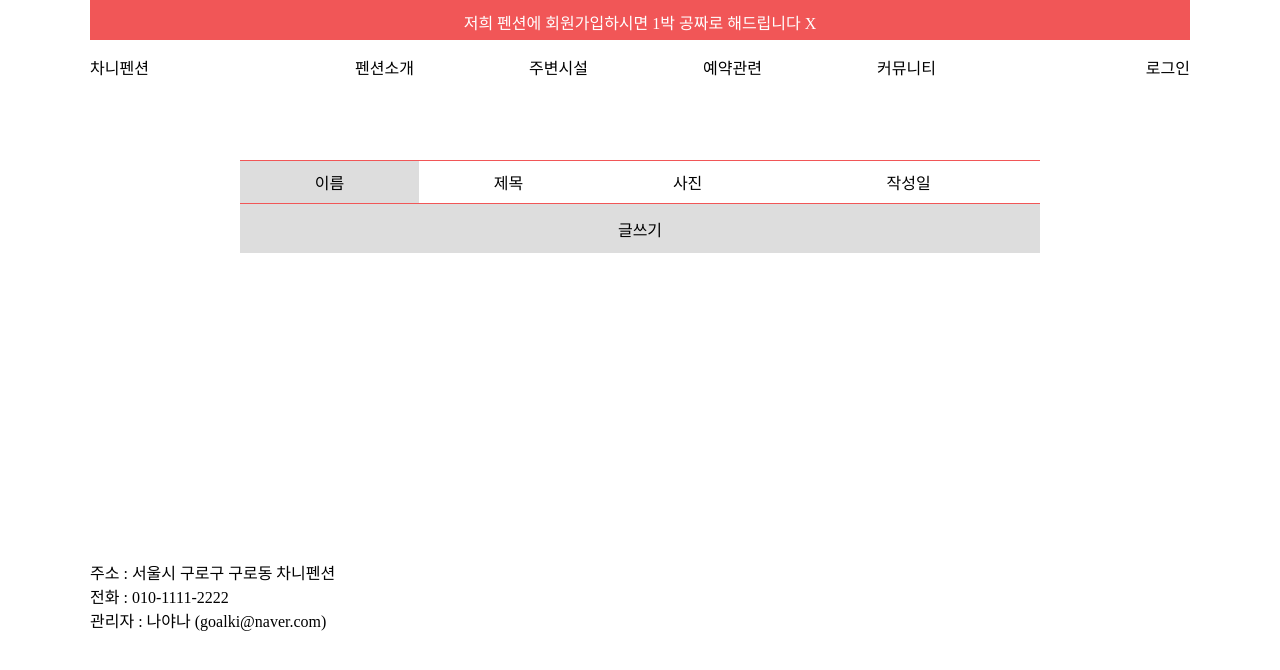
Repository: goalki/pension
Page: http://localhost/pension/tour/list.jsp
The author's editor kept a copy of each file at every save. The page is drawn from the files as they stood at one save, then again after the next save.
The browser window is 1280 px wide. The pictures show the whole page.
The page is served by Tomcat 9. Other server files are loaded and not shown. Queries for data that is not in the repository find no rows.

Above is the page before, as saved 2021-01-21 05:36:29.

### pension/WebContent/tour/list.jsp
<%@ page language="java" contentType="text/html; charset=UTF-8"
    pageEncoding="UTF-8"%>
<%@page import="java.sql.*" %>
<%@page import="pension.dto.TourDto" %>
<%@page import="pension.dao.Dao" %>
<%@page import="java.util.ArrayList" %>
<%@ taglib prefix="c" uri="http://java.sun.com/jsp/jstl/core" %>

<%
   Dao dao=new Dao();
   ArrayList<TourDto> list=dao.tour_list();
   pageContext.setAttribute("list", list);
   //out.print(list.size());
%>
<%@ include file="../top.jsp" %>


 <style>
  #section {
    width:1100px;
    height:400px;
    margin:auto;
    text-align:center;

    margin-top:60px;
  }
  #section td:first-child {
    background:#dddddd;
  }
  #section td {
    height:40px;
    border:1px solid #f15657;
    border-left:none;
    border-right:none;
    border-bottom:none;
  }
 </style>
 <div id="section">
   <!-- 레코드 내용 출력 -->
   <table width="800" align="center" cellspacing="0">
     <tr>
       <td> 이름 </td>
       <td> 제목 </td>
       <td> 사진 </td>
       <td> 작성일 </td>
     </tr>
    <c:forEach var="tdto" items="${list}">
     <tr>
       <td> ${tdto.name} </td>
       <td> <a href="content.jsp?id=${tdto.id}"> ${tdto.title} </a> </td>
       <td> <img src="img/${tdto.fname}" width="50"> </td>
       <td> ${tdto.writeday}  </td>
     </tr>
     </c:forEach>
     <tr height="50">
      <td colspan="4" align="center"> <a href="write.jsp"> 글쓰기 </a> </td>
     </tr>
   </table>
 </div>

<%@ include file="../bottom.jsp" %>

### pension/WebContent/top.jsp
<%@ page language="java" contentType="text/html; charset=UTF-8"
    pageEncoding="UTF-8"%>
<%@ taglib prefix="c" uri="http://java.sun.com/jsp/jstl/core" %>

<!DOCTYPE html>
<html>       <!-- index.jsp -->
<head>
<meta charset="UTF-8">
<title>Insert title here</title>
  <style>
    body {
      margin:0px;
    }
    a {
      text-decoration:none;
      color:black;
    }
    a:hover {
      color:blue;
    }
    #first {  /* 광고관련 1층 */
      width:1100px;
      height:30px;
      margin:auto;
      background:#f15657;
      text-align:center;
      padding-top:10px;
      color:white;
    }
    #second {  /* 로고, 메뉴 2층 */
      width:1100px;
      height:60px;
      margin:auto;
    }
    #second #left {
      padding-top:15px;
      width:100px;
      float:left;
    }
    #second #right {
      padding-top:15px;
      width:1000px;
      float:right;
      text-align:right;
    }
    #second #right #menu {
      display:inline-block;
      width:170px;
      height:30px; /* 주메뉴의 높이를 줘야 됩니다 */
      position:relative;
    }
    #second #right #menu:last-child {
      width:250px;
    }
    #second #right #menu .sub {
      position:absolute;
      width:120px;
      left:88px;
      top:10px;
      background:white;
      padding-left:0px;
      visibility:hidden;
      padding-top:10px;

    }
    #second #right #menu .sub li {
      list-style-type:none;
      text-align:center; /* 서브메뉴의 글자 중앙 */
    }


  </style>
    <script src="http://code.jquery.com/jquery-latest.js"></script>
  <script>
    function view_sub(n)
    {
    	document.getElementsByClassName("sub")[n].style.visibility="visible";
    }
    function hide_sub(n)
    {
    	document.getElementsByClassName("sub")[n].style.visibility="hidden";
    }

    $(function()
    {
    	$("#ff").click(function()
    	{
    		$("#first").slideUp();

    	});
    });
  </script>
</head>
<body>
  <div id="first">
     저희 펜션에 회원가입하시면  1박 공짜로 해드립니다
   <span id="ff"  style="cursor:pointer"> X </span>
  </div>
  <div id="second">
     <div id="left"> <a href="../main/index.jsp"> 차니펜션 </a></div>
     <div id="right">
        <span id="menu" onmouseenter="view_sub(0)" onmouseleave="hide_sub(0)"> 펜션소개
        <!-- 부메뉴 -->
           <ul class="sub">
            <li> <a href="../sogae/sogae.jsp"> 우리펜션 </a> </li>
            <li> 오시는길 </li>
           </ul>
        </span>
        <span id="menu" onmouseenter="view_sub(1)" onmouseleave="hide_sub(1)"> 주변시설
        <!-- 부메뉴 -->
           <ul class="sub">
            <li> 만리포 </li>
            <li> 연포</li>
            <li> 채석정 </li>
           </ul>
        </span>
        <span id="menu" onmouseenter="view_sub(2)" onmouseleave="hide_sub(2)"> 예약관련
         <!-- 부메뉴 -->
           <ul class="sub">
            <li>  예약 규정 </a> </li>
            <li> <a href="../reserve/reserve.jsp"> 실시간 예약 </a> </li>
           </ul>
        </span>
        <span id="menu" onmouseenter="view_sub(3)" onmouseleave="hide_sub(3)"> 커뮤니티
        <!-- 부메뉴 -->
           <ul class="sub">
            <li> <a href="../tour/list.jsp"> 여행 후기  </a></li>
            <li> 자유게시판 </li>
           </ul>
        </span>
        <span id="menu">
          <!-- 로그인 전 -->
          <c:if test="${userid == null}">
           <a href="../login/login.jsp"> 로그인 </a>
          </c:if>
          <!-- 관리자 로그인 한 경우 -->
          <c:if test="${userid == 'admin'}">
           <a href="../admin/reserve_view.jsp"> 예약관리  </a> /
           <a href="../admin/member_view.jsp"> 회원관리 </a> /
           <a href="../login/logout.jsp"> 로그아웃 </a>
          </c:if>
          <!--  로그인 한 후 -->
          <c:if test="${userid != null and userid != 'admin'}">
            ${name}님!! <a href="../mypage/mypage.jsp"> 내정보 </a>  <a href="../login/logout.jsp"> 로그아웃 </a>
          </c:if>

        </span>
    </div>
  </div>
  <!-- 여기까지 1층과 2층  top.jsp -->

### pension/WebContent/bottom.jsp
<%@ page language="java" contentType="text/html; charset=UTF-8"
    pageEncoding="UTF-8"%>
 <style>
 #fifth {     /* 펜션소개 5층 */
      width:1100px;
      height:100px;
      margin:auto;
    }
 </style>
<!-- 여기부터 5층 => bottom.jsp -->
  <div id="fifth">
    주소 : 서울시 구로구 구로동 차니펜션 <br>
    전화 : 010-1111-2222 <br>
    관리자 : 나야나  (goalki@naver.com) <br>
  </div>

</body>
</html>

### pension/src/pension/dao/Dao.java
package pension.dao;

import java.sql.*;
import java.time.LocalDate;
import java.util.ArrayList;

import com.oreilly.servlet.MultipartRequest;

import pension.dto.MemberDto;
import pension.dto.ReserveDto;
import pension.dto.RoomDto;
import pension.dto.TourDto;

public class Dao {

	String db="jdbc:mysql://localhost:3306/pension";
	String userid="root";
    String pw="1234";
    Connection conn;
	public Dao() throws ClassNotFoundException, SQLException
	{
		Class.forName("com.mysql.jdbc.Driver"); // 기능은 무조건 메소드내에서 실행
		conn=DriverManager.getConnection(db,userid,pw);
	}
	// room 테이블의 전체내용을 가져오기
    public ArrayList<RoomDto> get_room() throws SQLException
    {
    	String sql="select name,id from room order by price asc";
    	Statement stmt=conn.createStatement();
    	ResultSet rs=stmt.executeQuery(sql);
    	ArrayList<RoomDto> list=new ArrayList<RoomDto>();
    	while(rs.next())
    	{
    		RoomDto rdto=new RoomDto();
    		rdto.setId(rs.getInt("id"));
    		rdto.setName(rs.getString("name"));
    		list.add(rdto);
    	}
    	/*
    	String sql="select name from room order by price asc";
    	Statement stmt=conn.createStatement();
    	ResultSet rs=stmt.executeQuery(sql);
    	ArrayList<String> list=new ArrayList<String>();
    	while(rs.next())
    	{
    		list.add(rs.getString("name"));
    	}
    	*/
    	return list;
    }

    // 사용자가 선택한 방의 정보를 가져오기
    public RoomDto select_room(String id) throws SQLException
    {
    	String sql="select * from room where id="+id;
    	Statement stmt=conn.createStatement();
    	ResultSet rs=stmt.executeQuery(sql);
    	rs.next();
    	RoomDto rdto=new RoomDto();
    	rdto.setId(rs.getInt("id"));
    	rdto.setName(rs.getString("name"));
    	rdto.setMax(rs.getInt("max"));
    	rdto.setMin(rs.getInt("min"));
    	rdto.setPrice(rs.getInt("price"));

    	return rdto;
    }

    public void insert(ReserveDto rdto,String userid) throws SQLException // reserve테이블에 입력값을 넣기
    {
    	// 쿼리 생성
    	String outday="date_add('"+rdto.getInday()+"', interval "+rdto.getSuk()+" day)";
    	String sql="insert into reserve(rid,name,phone,inday,outday";
    	sql=sql+",inwon1,inwon2,inwon3,bbq,pork,suk_price,etc_price,tot_price,writeday,userid) ";
    	sql=sql+" values(?,?,?,?,"+outday+",?,?,?,?,?,?,?,?,now(),?)";

    	// date_add('2021-01-05',interval 숙박일 day);
    	PreparedStatement pstmt=conn.prepareStatement(sql);
    	pstmt.setInt(1, rdto.getRid());
    	pstmt.setString(2, rdto.getName());
    	pstmt.setString(3, rdto.getPhone());
    	pstmt.setString(4, rdto.getInday());
    	//pstmt.setString(5, outday);
    	pstmt.setInt(5, rdto.getInwon1());
    	pstmt.setInt(6, rdto.getInwon2());
    	pstmt.setInt(7, rdto.getInwon3());
    	pstmt.setInt(8, rdto.getBbq());
    	pstmt.setInt(9, rdto.getPork());
    	pstmt.setInt(10, rdto.getSuk_price());
    	pstmt.setInt(11, rdto.getEtc_price());
    	pstmt.setInt(12, rdto.getTot_price());
    	pstmt.setString(13, userid);
    	pstmt.executeUpdate();
    	//System.out.println(pstmt.toString());
    	conn.close();
    }

    public ReserveDto get_reserve(String userid) throws SQLException // 방금 예약한 정보를 가져오는 메소드(1개의 레코드)
    {
    	String sql="select * from reserve where userid='"+userid+"' order by id desc limit 1";
    	Statement stmt=conn.createStatement();
    	ResultSet rs=stmt.executeQuery(sql);
    	rs.next();
    	ReserveDto rdto=new ReserveDto();
    	rdto.setId(rs.getInt("id"));
    	rdto.setRid(rs.getInt("rid"));
    	rdto.setName(rs.getString("name"));
    	rdto.setPhone(rs.getString("phone"));
    	rdto.setInday(rs.getString("inday"));
    	rdto.setOutday(rs.getString("outday"));
    	rdto.setInwon1(rs.getInt("inwon1"));
    	rdto.setInwon2(rs.getInt("inwon2"));
    	rdto.setInwon3(rs.getInt("inwon3"));
    	rdto.setBbq(rs.getInt("bbq"));
    	rdto.setPork(rs.getInt("pork"));
    	rdto.setSuk_price(rs.getInt("suk_price"));
    	rdto.setEtc_price(rs.getInt("etc_price"));
    	rdto.setTot_price(rs.getInt("tot_price"));
    	rdto.setWriteday(rs.getString("writeday"));

    	// 방이름 가져오기
    	sql="select name from room where id="+rdto.getRid();
    	rs=stmt.executeQuery(sql);
    	rs.next();
    	rdto.setRoomname(rs.getString("name"));
    	return rdto;

    }

    public int room_state(String rid, String xday) throws SQLException// y-m-d형태의 값과 room의 id(rid)값을 받아서 예약이 되었는지를 int값으로 가져온다..
    {
    	String sql="select count(*) as cnt from reserve where inday <= ?  and outday > ? and rid=? ";
    	PreparedStatement pstmt=conn.prepareStatement(sql);
    	pstmt.setString(1, xday);
    	pstmt.setString(2, xday);
    	pstmt.setString(3, rid);
    	ResultSet rs=pstmt.executeQuery();
    	rs.next();

    	return rs.getInt("cnt");
    }

    public int suk_check(String y,String m, String d, String rid) throws SQLException
    {
        int yy=Integer.parseInt(y);
        int mm=Integer.parseInt(m);
        int dd=Integer.parseInt(d);
    	LocalDate inday=LocalDate.of(yy, mm, dd);
    	int chk=0;

    	for(int i=1;i<=8;i++)
    	{
    	  LocalDate xday=inday.plusDays(i);
    	  chk=i;
    	  String sql="select * from reserve where inday <= ? and outday > ? and rid=?";
    	  PreparedStatement pstmt=conn.prepareStatement(sql);
          pstmt.setString(1, xday.toString());
          pstmt.setString(2, xday.toString());
          pstmt.setString(3, rid);

    	  ResultSet rs=pstmt.executeQuery();
          if(rs.next())  // 레코드 있으면 true, 없으면 false
          {
        	break;// 멈춘다!!
          }

    	} // for문의 끝

    	return chk; // 몇박을 나타낼지!!
    }

    public void member_ok(MemberDto mdto) throws SQLException
    {
    	String sql="insert into member(name,userid,pwd,phone,writeday) ";
    	sql=sql+" values(?,?,?,?,now())";
    	PreparedStatement pstmt=conn.prepareStatement(sql);
        pstmt.setString(1, mdto.getName());
        pstmt.setString(2, mdto.getUserid());
        pstmt.setString(3, mdto.getPwd());
        pstmt.setString(4, mdto.getPhone());

        pstmt.executeUpdate();

        conn.close();

    }

    public boolean ismember(String userid, String pwd) throws SQLException // 회원인지 아닌지  true, false
    {
    	String sql="select * from member where userid=? and pwd=?";
    	PreparedStatement pstmt=conn.prepareStatement(sql);
    	pstmt.setString(1, userid);
    	pstmt.setString(2, pwd);

    	ResultSet rs=pstmt.executeQuery(); // 레코드가 있든지, 없든지

		/*
		 * if(rs.next()) return true; else return false;
		 */
    	return rs.next();
    }

    public int isuserid(String userid) throws SQLException
    {
    	String sql="select count(*) as num from member where userid='"+userid+"'";
    	Statement stmt=conn.createStatement();
    	ResultSet rs=stmt.executeQuery(sql);
    	rs.next();
    	// 아이디가 존재하면 1, 아니면 0
    	return rs.getInt("num");
    }

    public MemberDto mypage(String userid) throws SQLException
    {
    	String sql="select * from member where userid='"+userid+"'";
    	Statement stmt=conn.createStatement();
    	ResultSet rs=stmt.executeQuery(sql);
    	rs.next();
    	MemberDto mdto=new MemberDto();
    	mdto.setName(rs.getString("name"));
    	mdto.setPhone(rs.getString("phone"));

    	return mdto;
    }

    public ArrayList<ReserveDto> my_reserve(String userid) throws SQLException
    {
    	String sql="select r2.name,r1.inday,r1.outday,r1.bbq,r1.pork";
    	sql=sql+",r1.writeday from reserve as r1, room as r2 ";
    	sql=sql+" where r1.rid=r2.id and userid='"+userid+"'";
    	System.out.println(sql);
    	Statement stmt=conn.createStatement();
    	ResultSet rs=stmt.executeQuery(sql);
    	ArrayList<ReserveDto> list=new ArrayList<ReserveDto>();
    	while(rs.next())
    	{
    	  ReserveDto rdto=new ReserveDto();
    	  rdto.setRoomname(rs.getString("name"));
    	  rdto.setInday(rs.getString("inday"));
    	  rdto.setOutday(rs.getString("outday"));
       	  rdto.setBbq(rs.getInt("bbq"));
    	  rdto.setPork(rs.getInt("pork"));
    	  rdto.setWriteday(rs.getString("writeday"));

    	  list.add(rdto);
    	}

    	return list;
    }

    public String get_name(String userid) throws SQLException
    {
    	String sql="select name from member where userid='"+userid+"'";
    	Statement stmt=conn.createStatement();
    	ResultSet rs=stmt.executeQuery(sql);
    	rs.next();
    	return rs.getString("name");
    }

    // 아이디찾기
    public String userid_search(String name, String phone) throws SQLException
    {
    	String sql="select userid from member where name=? and phone=?";
    	PreparedStatement pstmt=conn.prepareStatement(sql);
    	pstmt.setString(1, name);
    	pstmt.setString(2, phone);
    	ResultSet rs=pstmt.executeQuery();
    	if(rs.next())
    	{
    		return rs.getString("userid");
    	}
    	else
    	{
    		return "0";
    	}

    }

    // 비밀번호 찾기
    public String pwd_search(String userid, String name, String phone) throws SQLException
    {
    	String sql="select pwd from member where name=? and phone=? and userid=?";
    	PreparedStatement pstmt=conn.prepareStatement(sql);
    	pstmt.setString(1, name);
    	pstmt.setString(2, phone);
    	pstmt.setString(3, userid);
    	ResultSet rs=pstmt.executeQuery();
    	if(rs.next())
    	{
    		return rs.getString("pwd");
    	}
    	else
    	{
    		return "0";
    	}
    }


    // 관리자가 reserve테이블에 읽어오기
    public ArrayList<ReserveDto> admin_reserve() throws SQLException
    {
    	String sql="select r1.name, r1.phone, r2.name as roomname,r1.inday,r1.outday,r1.bbq,r1.pork";
    	sql=sql+",r1.writeday from reserve as r1, room as r2 ";
    	sql=sql+" where r1.rid=r2.id order by r1.id desc";
    	//System.out.println(sql);
    	Statement stmt=conn.createStatement();
    	ResultSet rs=stmt.executeQuery(sql);
    	ArrayList<ReserveDto> list=new ArrayList<ReserveDto>();
    	while(rs.next())
    	{
    	  ReserveDto rdto=new ReserveDto();
    	  rdto.setName(rs.getString("name"));
    	  rdto.setPhone(rs.getString("phone"));
    	  rdto.setRoomname(rs.getString("roomname"));
    	  rdto.setInday(rs.getString("inday"));
    	  rdto.setOutday(rs.getString("outday"));
       	  rdto.setBbq(rs.getInt("bbq"));
    	  rdto.setPork(rs.getInt("pork"));
    	  rdto.setWriteday(rs.getString("writeday"));

    	  list.add(rdto);
    	}

    	return list;
    }

    public ArrayList<MemberDto> admin_member() throws SQLException
    {
    	String sql="select * from member where userid != 'admin' order by name asc";
    	Statement stmt=conn.createStatement();
    	ResultSet rs=stmt.executeQuery(sql);
    	ArrayList<MemberDto> list=new ArrayList<MemberDto>();
    	while(rs.next())
    	{
    	   	MemberDto mdto=new MemberDto();
    	   	mdto.setName(rs.getString("name"));
    	   	mdto.setUserid(rs.getString("userid"));
    	   	mdto.setPhone(rs.getString("phone"));
    	   	mdto.setWriteday(rs.getString("writeday"));
    	   	mdto.setState(rs.getInt("state"));

    	   	list.add(mdto);
    	}

    	return list;
    }

    public String get_name_phone(String userid) throws SQLException
    {
    	String sql="select name,phone from member where userid='"+userid+"'";
    	Statement stmt=conn.createStatement();
    	ResultSet rs=stmt.executeQuery(sql);
    	rs.next();
    	String np=rs.getString("name")+","+rs.getString("phone");
    	return np;
    }

    public void tour_write_ok(TourDto tdto) throws SQLException
    {
    	String sql="insert into tour(title,name,content,fname,writeday)";
        sql=sql+" values(?,?,?,?,now())";

		PreparedStatement pstmt=conn.prepareStatement(sql);
		pstmt.setString(1, tdto.getTitle());
		pstmt.setString(2, tdto.getName());
		pstmt.setString(3, tdto.getContent());
		pstmt.setString(4, tdto.getFname());

		pstmt.executeUpdate();

    }

    public ArrayList<TourDto> tour_list() throws SQLException
    {
        String sql="select * from tour order by id desc";
        Statement stmt=conn.createStatement();
        ResultSet rs=stmt.executeQuery(sql);

        ArrayList<TourDto> list=new ArrayList<TourDto>();
    	while(rs.next())
    	{
    	   	TourDto tdto=new TourDto();
    	   	tdto.setName(rs.getString("name"));
    	   	tdto.setTitle(rs.getString("title"));
    	   	tdto.setFname(rs.getString("fname"));
    	   	tdto.setWriteday(rs.getString("writeday"));
  	   	    tdto.setId(rs.getInt("id"));

    	   	list.add(tdto);
    	}
    	System.out.println(list.size());
    	return list;
    }

    public TourDto tour_content(String id) throws SQLException
    {
    	String sql="select * from tour where id="+id;
        Statement stmt=conn.createStatement();
        ResultSet rs=stmt.executeQuery(sql);
        rs.next();
    	TourDto tdto=new TourDto();
    	tdto.setName(rs.getString("name"));
    	tdto.setTitle(rs.getString("title"));
    	tdto.setFname(rs.getString("fname"));
    	tdto.setWriteday(rs.getString("writeday"));
  	   	tdto.setId(rs.getInt("id"));
  	   	tdto.setContent(rs.getString("content"));

    	return tdto;
    }
}

After the next save:
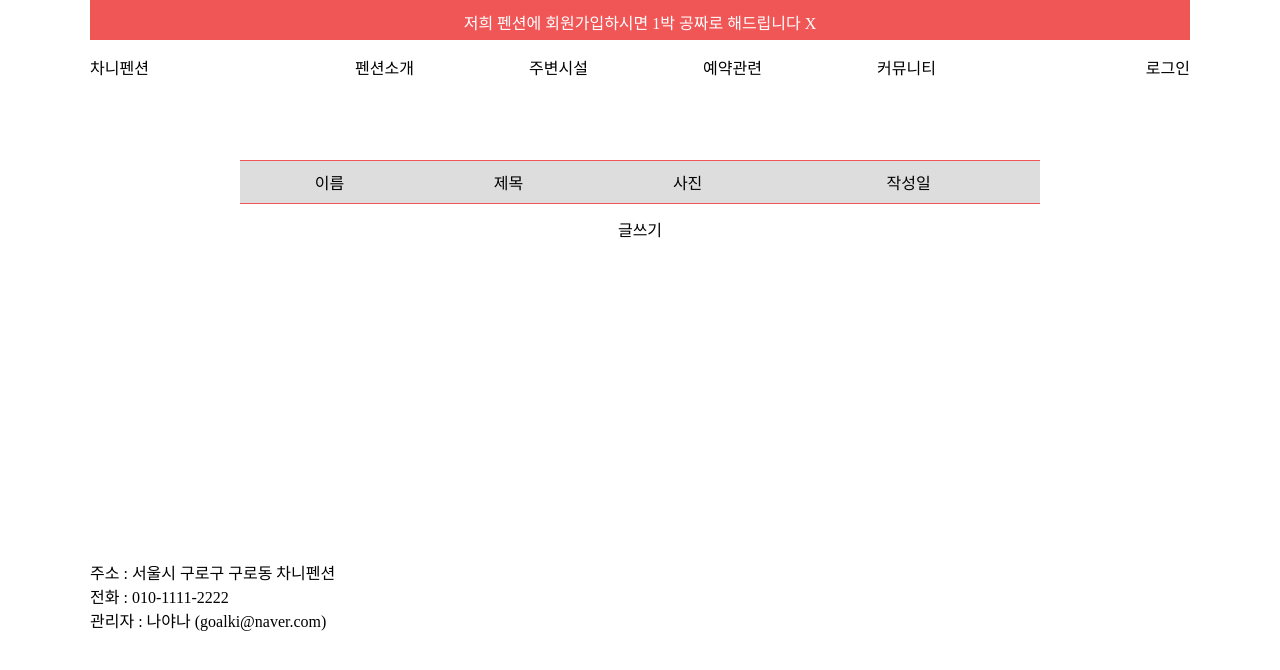
Saved 9 s later.
--- a/pension/WebContent/tour/list.jsp
+++ b/pension/WebContent/tour/list.jsp
@@ -24,7 +24,7 @@
 
     margin-top:60px;
   }
-  #section td:first-child {
+  #section tr:first-child {
     background:#dddddd;
   }
   #section td {
